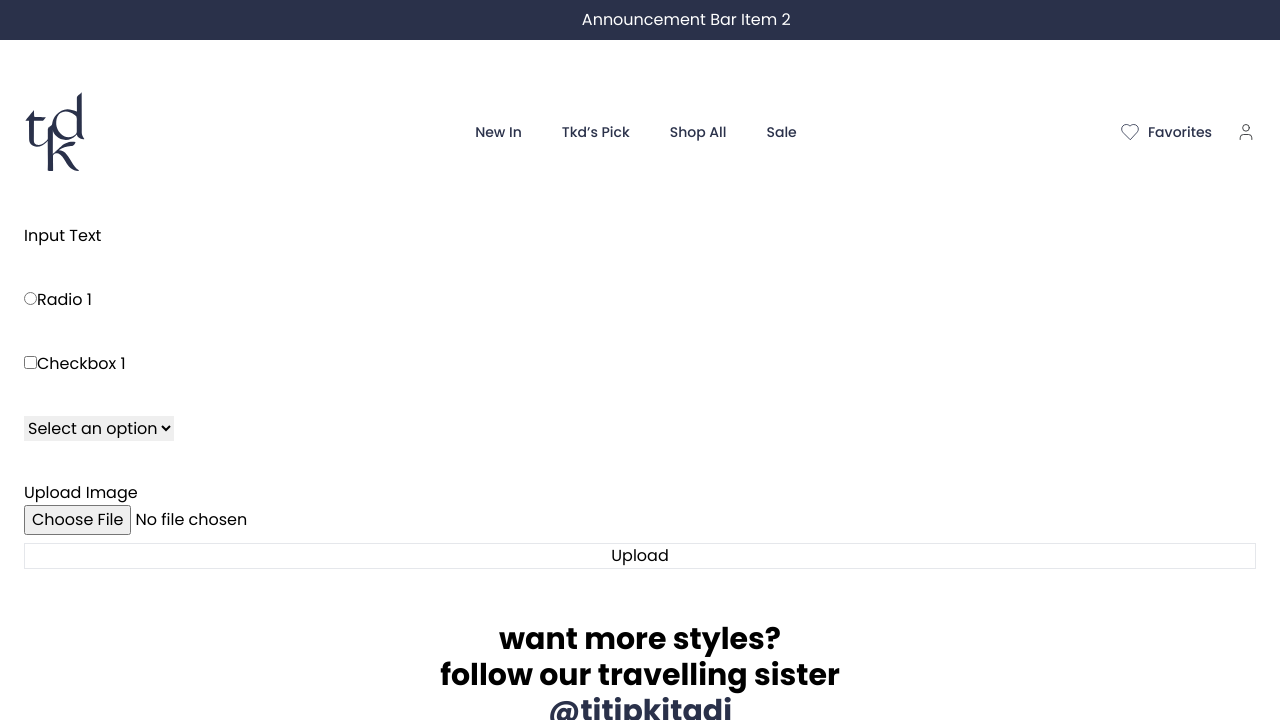
Repository: helmifnandani/online-store
Page: /input
An editor plug-in stored every save of this project. The page is shown before and after a run of saves, followed by the edit.
The browser window is 1280 px wide. The pictures show the whole page.
An inner scrolling area shows only its first screen. The project was rebuilt for these pictures with package versions that can differ from the ones it lists, and the page was loaded fresh each time. Also part of the build but not shown: vite.config.js, src/components/Icons/icon-chevron-right.jsx, src/components/Icons/icon-chevron-down.jsx, src/components/Icons/icon-chevron-left.jsx, src/components/Icons/icon-eye.jsx, src/components/Icons/icon-shopee.jsx, src/components/Icons/icon-tokopedia.jsx, src/components/Icons/icon-close.jsx and 19 more.

Above is the page before, as saved 2024-08-28 18:12:37.

After the next 2 saves:
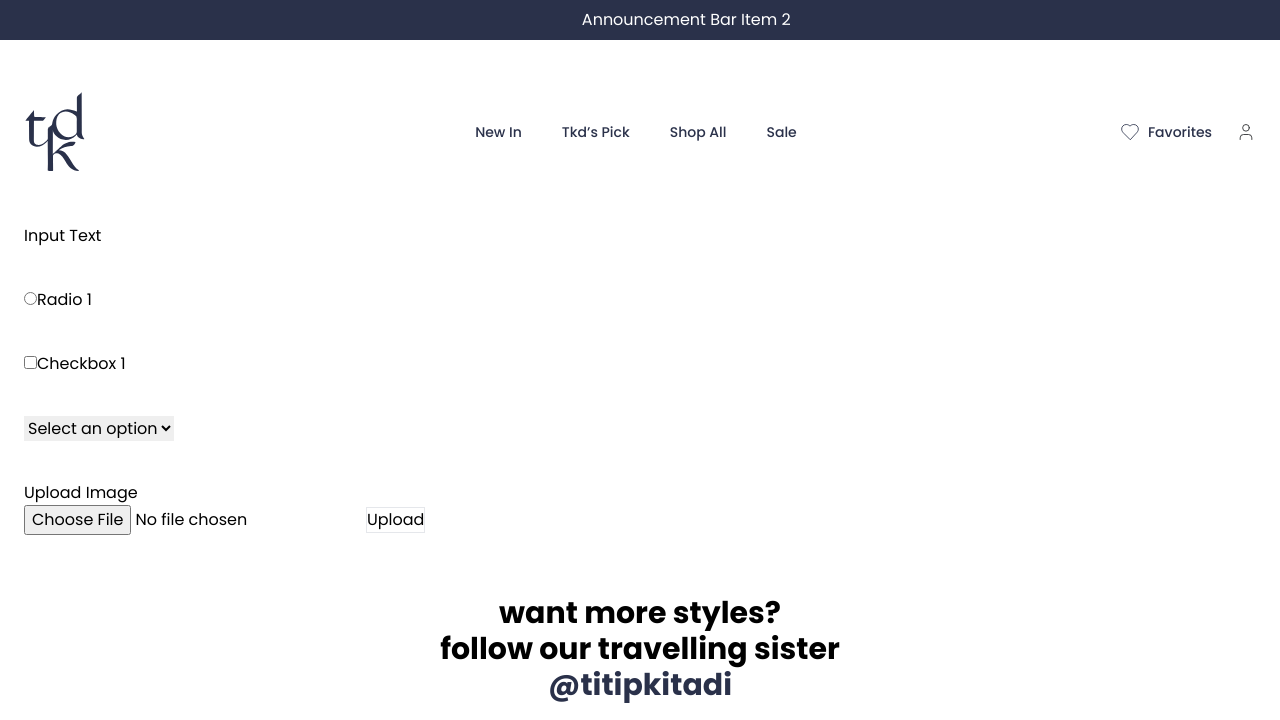
The 2 saves are shown as one change because they came seconds apart.
The last was saved 21 s later.
--- a/src/pages/Input.jsx
+++ b/src/pages/Input.jsx
@@ -58,8 +58,8 @@ const input = () => {
           <option value="option3">Option 3</option>
         </select>
       </div>
-      <div className="flex flex-col">
-        <label>Upload Image</label>
+      <div className="block">
+        <div>Upload Image</div>
         <input type="file" onChange={handleFileChange} className="mb-2" />
         <button className="flex-shrink border" onClick={handleFileUpload}>
           Upload
